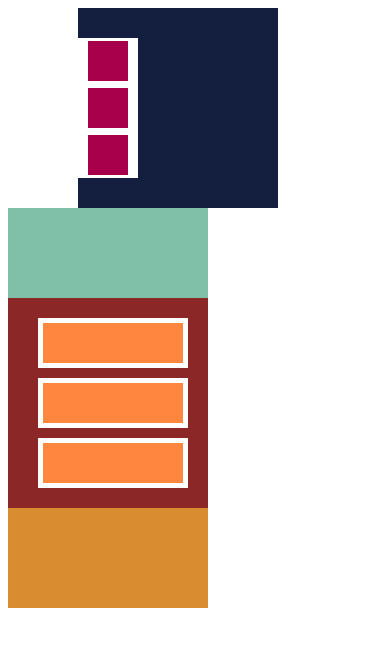
Repository: natuki-i/curriculum
Page: http://localhost/
An editor plug-in stored every save of this project. The page is shown before and after the next save, followed by the edit.
The browser window is 375 px wide. The pictures show the whole page.
The page is run by PHP 8.4 with error messages shown; the project is at /var/www/html/.

Above is the page before, as saved 2022-11-26 23:29:15.

After the next save:
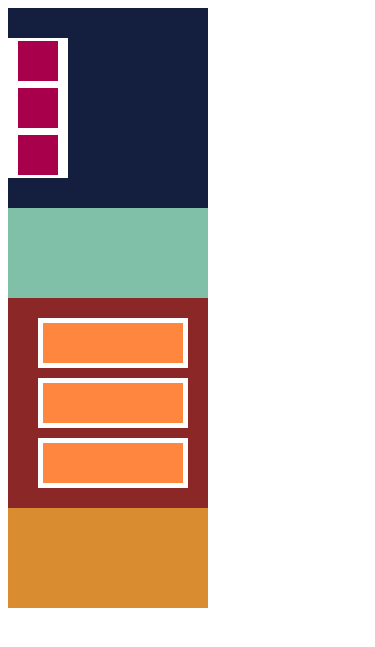
Saved 20 s later.
--- a/PHPjob/1/css/style.css
+++ b/PHPjob/1/css/style.css
@@ -73,8 +73,7 @@
 .header {
     width: 200px;
     height: 200px;
-    margin: 0px 70px;
-    justify-content: flex-start;
+        justify-content: flex-start;
 }
 
 .h-boxs {
